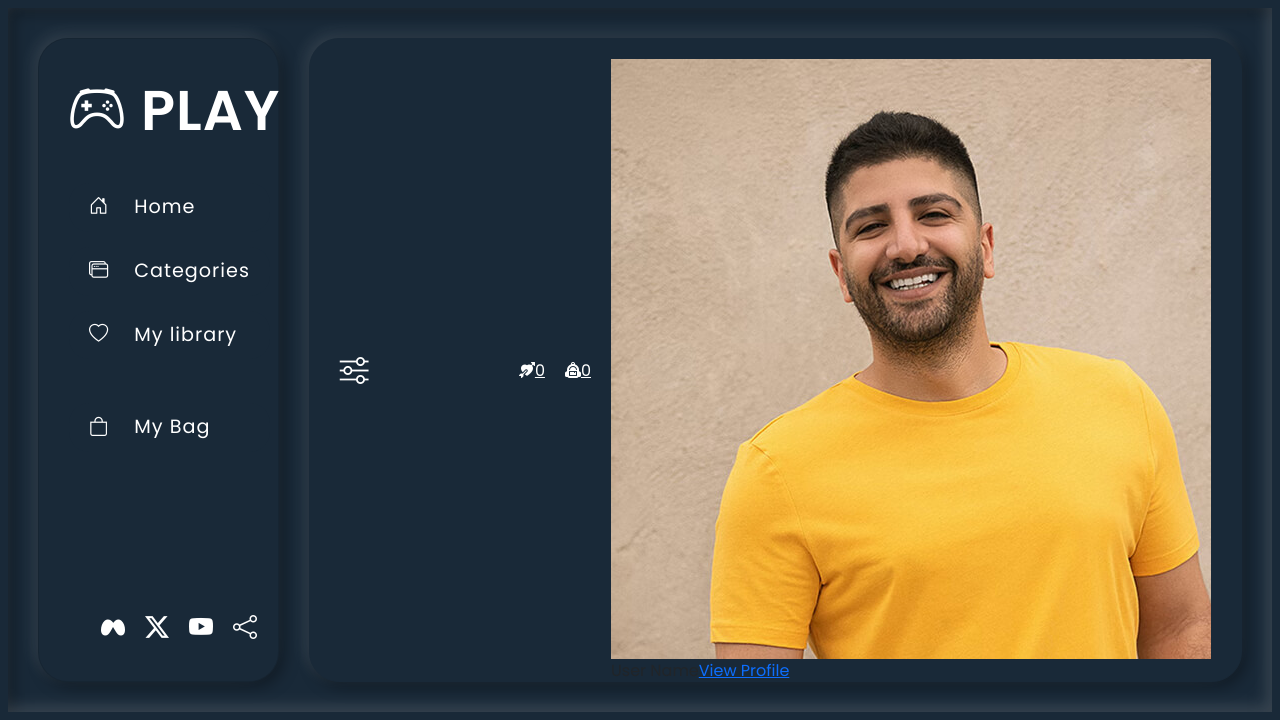
Repository: Ego-Wolf/Ecommerce-game-Reactjs
Page: /
The author's editor kept a copy of each file at every save. The page is drawn from the files as they stood at one save, then again after a run of saves.
The browser window is 1280 px wide. The pictures show the whole page.
The project was rebuilt for these pictures with package versions that can differ from the ones it lists, and the page was loaded fresh each time.

Above is the page before, as saved 2023-12-21 23:48:40.

### public/index.html
<!DOCTYPE html>
<html lang="en">
  <head>
    <meta charset="utf-8" />
    <link rel="icon" href="%PUBLIC_URL%/favicon.ico" />
    <meta name="viewport" content="width=device-width, initial-scale=1" />
    <meta name="theme-color" content="#000000" />
    <meta
      name="description"
      content="Web site created using create-react-app"
    />
    <link rel="apple-touch-icon" href="%PUBLIC_URL%/logo192.png" />
    <link rel="manifest" href="%PUBLIC_URL%/manifest.json" />
    <title>Wolf Ecommerce | Game</title>

    <!-- Bootstraps & Bootstraps Icon -->
    <link href="https://cdn.jsdelivr.net/npm/bootstrap@5.3.2/dist/css/bootstrap.min.css" rel="stylesheet" integrity="sha384-T3c6CoIi6uLrA9TneNEoa7RxnatzjcDSCmG1MXxSR1GAsXEV/Dwwykc2MPK8M2HN" crossorigin="anonymous">
    <link rel="stylesheet" href="https://cdn.jsdelivr.net/npm/bootstrap-icons@1.11.2/font/bootstrap-icons.min.css">
  </head>
  <body>
    <noscript>You need to enable JavaScript to run this app.</noscript>
    <div id="root"></div>

  </body>
</html>

### src/App.js
import React from 'react';
import './App.css';
import Main from "./pages/Main";

function App() {
  return (
    <Main/>
  );
}

export default App;

### src/App.css
/* Google Font */
@import url('https://fonts.googleapis.com/css2?family=Poppins:wght@300;400;500;600;700;800;900&display=swap');


*{
  padding: 0;
  margin: 0;
  box-sizing: border-box;
}

:root {
  --primary: #0d171f;
  --second: #0998a8;
  --bgColor: #192938;
}

h1,
h2,
h4,
p {
  color: #ffffff;
}

body {
  position: relative;
  background: var(--bgColor);
  font-family: 'Poppins', sans-serif;
  width: 100%;
  min-height: 100vh;
  overflow: hidden;
}

### src/pages/Main.jsx
import React from 'react'
import './Main.css'
import SideMenu from '../components/SideMenu'
import Header from './Header'

function Main() {
  return (
    <main>
        <SideMenu/>
        <div className="banner">
          <Header/>
        </div>
    </main>
  )
}

export default Main

### src/pages/Main.css
main {
    position: absolute;
    top: 0;
    left: 0;
    right: 0;
    bottom: 0;
    padding: 30px;
    border: 8px solid var(--bgColor);
    box-shadow: -5px -5px 15px rgba(255, 255, 255, 0.15),
    5px 5px 15px rgba(0, 0, 0, 0.35),
    inset -5px -5px 15px rgba(255, 255, 255, 0.15),
    inset 5px 5px 15px rgba(0, 0, 0, 0.35);
    display: flex;
    justify-content: space-between;
    align-items: center;
    gap: 30px;
    overflow: hidden;
    transition: 0.5s;
}

.banner {
    position: relative;
    width: 80%;
    height: 100%;
    border-radius: 30px;
    border: 1px solid var(--bgColor);
    background: var(--bgColor);
    box-shadow: -5px -5px 15px rgba(255, 255, 255, 0.1),
    5px 5px 15px rgba(0, 0, 0, 0.35);
    transition: 1s;
}

### src/components/SideMenu.jsx
import React, {useState} from 'react'
import './SideMenu.css'
import NavListItem from './NavListItem'
import navListData from '../data/navListData'
import socialListData from '../data/socialListData'
import SocialListItem from './SocialListItem'

function SideMenu() {
  const [navData, setNavData] = useState(navListData);
  const [socialData, setSocialData] = useState(socialListData);

  return (
    <div className="sideMenu">
        <a href="#" className="logo">
            <i class="bi bi-controller"></i>
            <span className="brand">Play</span>
        </a>
        <ul className="nav">
          {navData.map(item => (
            <NavListItem key={item._id} item={item} />
          ))}
        </ul>

        <ul className="social">
          {socialData.map(item => (
            <SocialListItem key={item._id} item={item} />
          ))}
        </ul>

    </div>
  );
}

export default SideMenu;

### src/pages/Header.jsx
import React from 'react'
import './Header.css'
import userImg from '../images/user.jpg'

function Header() {
  return (
    <header>
        <a href="#" className='menu'><i class="bi bi-sliders"></i></a>
        <div className="userItems">
            <a href="#" className="icon">
                <i class="bi bi-arrow-through-heart-fill"></i>
                <span className='like'>0</span>
            </a>
            <a href="#" className="icon">
                <i class="bi bi-backpack2-fill"></i>
                <span className="bag">0</span>
            </a>
            <div className="avatar">
                <a href="#"><img src={userImg} alt="User Image" /></a>
                <div className="user">
                    <span>User Name</span>
                    <a href="#">View Profile</a>
                </div>
            </div>
        </div>
    </header>
  )
}

export default Header

### src/components/SideMenu.css
.sideMenu {
    width: 20%;
    height: 100%;
    padding: 30px;
    border: 1px solid rgba(0, 0, 0, 0.1);
    border-radius: 30px;
    background: var(--bgColor);
    box-shadow: -5px -5px 15px rgba(255, 255, 255, 0.1), 5px 5px 15px rgba(0, 0, 0, 0.35);
    display: flex;
    flex-direction: column;
    transition: 1s;
}

.sideMenu .logo {
    position: relative;
    text-decoration: none;
    display: inline-flex;
    align-items: center;
    gap: 15px;
    color: #ffffff;
    font-size: 3.5em;
    font-weight: 600;
    letter-spacing: 1px;
    text-transform: uppercase;
}

.sideMenu .nav {
    margin-top: 30px;
    display: flex;
    flex-direction: column;
    list-style: none;
    gap: 15px;
}

.sideMenu .nav li a {
    text-decoration: none;
    color: #ffffff;
    font-size: 1.2em;
    letter-spacing: 1px;
    display: inline-flex;
    gap: 25px;
    background: var(--bgColor);
    border-radius: 20px;
    padding: 10px 20px;
    width: 100%;
    transition: 0.5s;
}

.sideMenu .nav li a:hover,
.sideMenu .nav li a:active {
    box-shadow: -5px -5px 15px rgba(255, 255, 255, 0.1), 5px 5px 15px rgba(0, 0, 0, 0.35);
}

/* Social */
.sideMenu .social {
    position: absolute;
    bottom: 50px;
    display: flex;
    align-items: center;
    list-style: none;
    gap: 20px;
    transition: 0.5s;
}

.sideMenu .social li a {
    text-decoration: none;
    color: #ffffff;
    font-size: 1.5rem;
    transition: 0.3s;
}

.sideMenu .social li a:hover {
    color: var(--second);
}

.sideMenu .social li .share {
    background: (--second);
    padding: 10px;
    width: 35px;
    height: 35px;
    border-radius: 50%;
    transition: 0.3s;
}

.sideMenu .social li .share:hover {
    background: var(--primary);
}

### src/components/NavListItem.jsx
import React from 'react'
import './NavListItem.css'

function NavListItem({ item }) {
  return (
    <li>
        <a href="#">
            <i className={`bi ${item.icon}`}></i>
            <span className="navName">{item.name}</span>
        </a>
    </li>
  )
}

export default NavListItem

### src/data/navListData.js
const navListData = [
    {
        _id: 1,
        target: 'home',
        name: 'Home',
        icon: 'bi-house-door',
        active: true,
    },
    {
        _id: 2,
        target: 'categories',
        name: 'Categories',
        icon: 'bi-window-stack',
        active: false,
    },
    {
        _id: 3,
        target: 'library',
        name: 'My library',
        icon: 'bi-heart',
        active: false,
    },
    {
        _id: 4,
        target: 'bag',
        name: 'My Bag',
        icon: 'bi-bag',
        active: false,
    },
];

export default navListData;

### src/data/socialListData.js
const socialListData = [
    {
        _id: 1,
        // target: 'meta',
        // name: 'Meta',
        icon: 'bi bi-meta',
        active: true,
    },
    {
        _id: 2,
        // target: 'categories',
        // name: 'Categories',
        icon: 'bi-twitter-x ',
        active: false,
    },
    {
        _id: 3,
        // target: 'library',
        // name: 'My library',
        icon: 'bi-youtube',
        active: false,
    },
    {
        _id: 4,
        // target: 'bag',
        // name: 'My Bag',
        icon: 'bi-share',
        active: false,
    },
];

export default socialListData;

### src/components/SocialListItem.jsx
import React from 'react'
import './SocialListItem.css'

function SocialListItem({ item }) {
  return (
    <li>
      <a href="#">
        <i className={`bi ${item.icon}`}></i>
      </a>
    </li>
  )
}

export default SocialListItem

### src/pages/Header.css
header {
    position: absolute;
    top: 0;
    width: 100%;
    display: flex;
    justify-content: space-between;
    align-items: center;
    padding: 20px 30px;
    z-index: 1000 !important;
    background: transparent;
}

.menu {
    font-size: 1.8rem;
    color: #ffffff;
}

.userItems {
    display: inline-flex;
    align-items: center;
    gap: 20px;
}

.userItems .icon {
    position: relative;
    color: #ffffff;
    fz
}

Loaded but not shown: src/index.js (common file); src/index.css (common file); src/reportWebVitals.js (common file); src/components/NavListItem.css (no stored copy; drawn as an empty file); src/components/SocialListItem.css (no stored copy; drawn as an empty file)

After the next 2 saves:
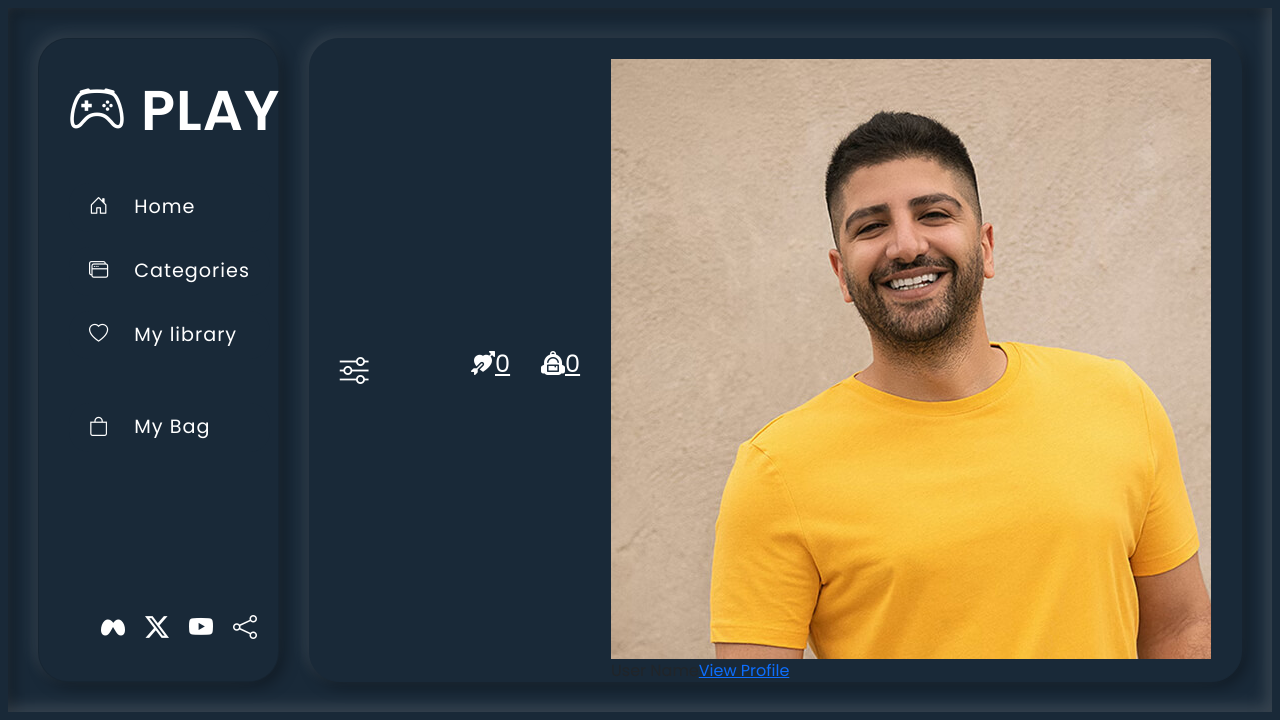
The 2 saves are shown as one change because they came seconds apart.
The last was saved 11 s later.
--- a/src/pages/Header.css
+++ b/src/pages/Header.css
@@ -24,5 +24,8 @@ header {
 .userItems .icon {
     position: relative;
     color: #ffffff;
-    fz
+    font-size: 1.5rem;
+    width: 50px;
+    height: 50px;
+    border-radius: 10px;
 }
